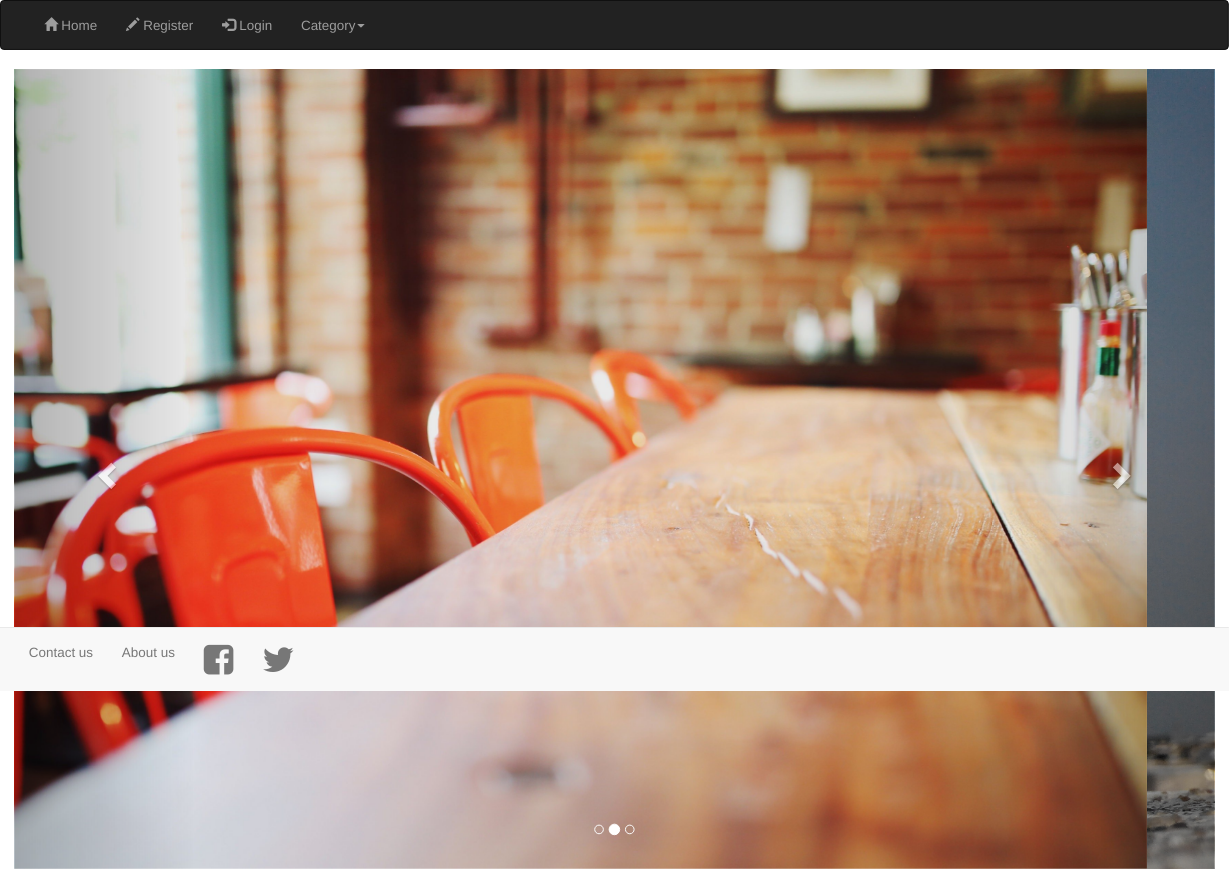
Repository: mozhulungdsuo/Task3
Page: http://localhost/DynamicWebsite/
An editor plug-in stored every save of this project. The page is shown before and after the next save, followed by the edit.
The browser window is 1280 px wide. The pictures show the whole page, at 96% of full size.
Some web libraries are served in a nearby version. The page is served by Tomcat 9.

Above is the page before, as saved 2018-01-11 05:03:59.

After the next save:
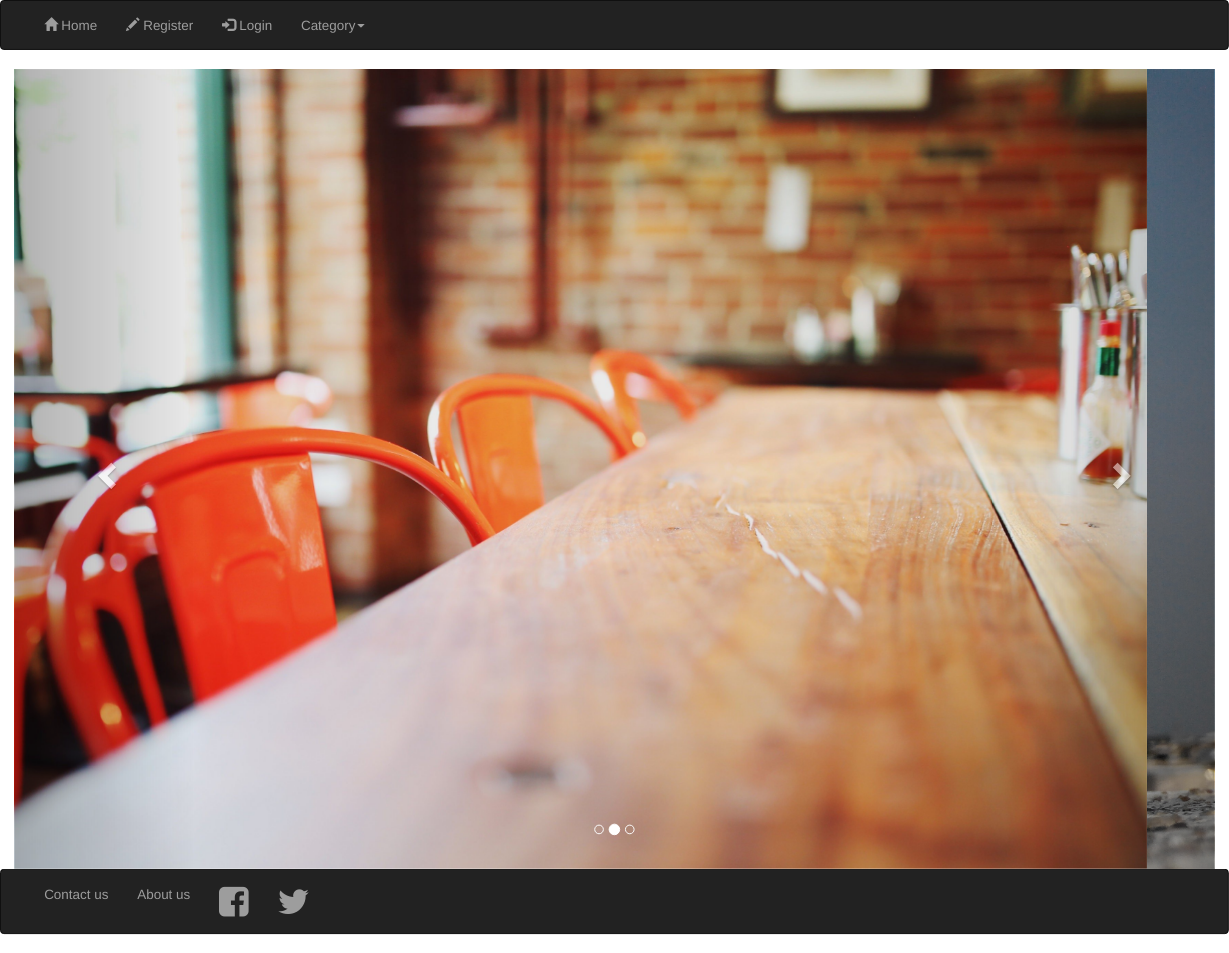
Saved 4 min 13 s later.
--- a/DynamicWebsite/WebContent/index.jsp
+++ b/DynamicWebsite/WebContent/index.jsp
@@ -76,7 +76,7 @@
 
 
 
-    <nav class="navbar navbar-default navbar-fixed-bottom">
+    <nav class="navbar navbar-inverse">
     <div class="container-fluid">
        <button type="button" class="navbar-toggle" data-toggle="collapse" data-target="#myNew">
         <span class="icon-bar"></span>
